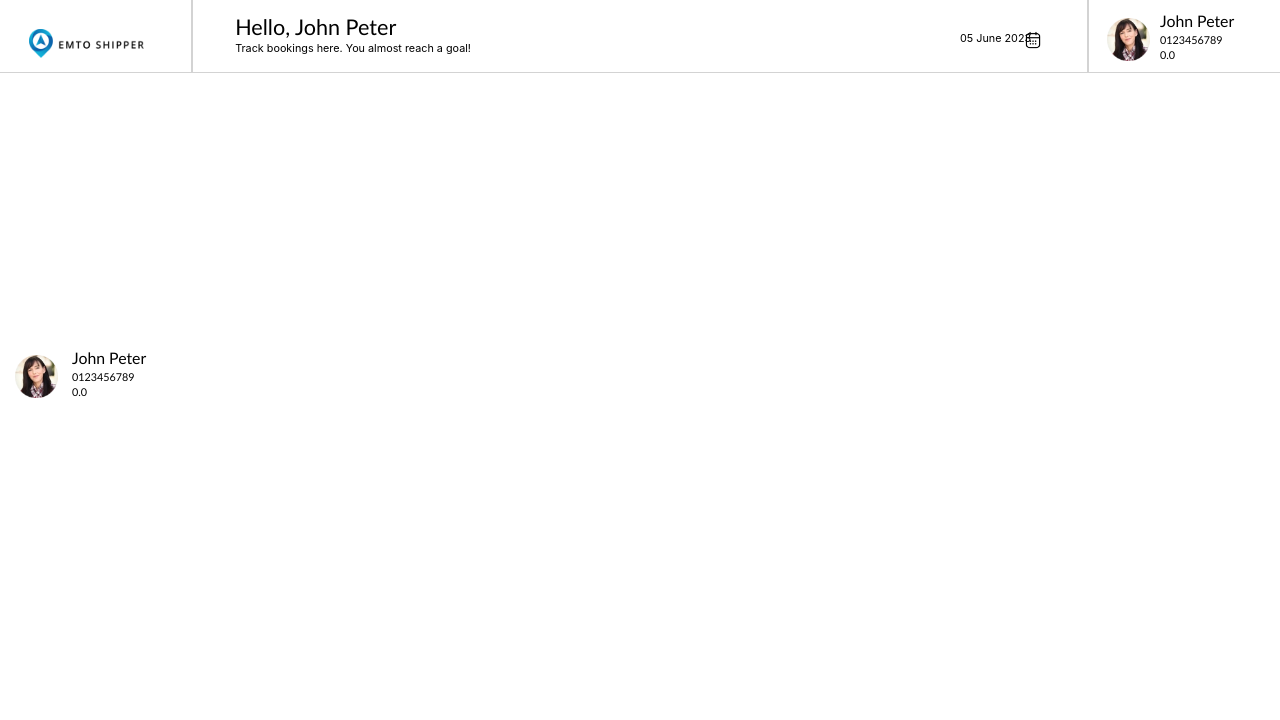
Repository: RoshanArun/Emto-Web
Page: /dashboard (app in emto/reactfirst/)
These files come from the project's save history. The page is drawn as it stood at one moment and after the next save; the edit follows.
The browser window is 1280 px wide. The pictures show the whole page.
The project was rebuilt for these pictures with package versions that can differ from the ones it lists, and the page was loaded fresh each time. Also part of the build but not shown: emto/reactfirst/src/pages/SignUp/SignUp.css, emto/reactfirst/src/pages/SignUp/SignUp.js, emto/reactfirst/src/pages/Login/Login.js.

Above is the page before, as saved 2023-07-27 12:47:29.

After the next save:
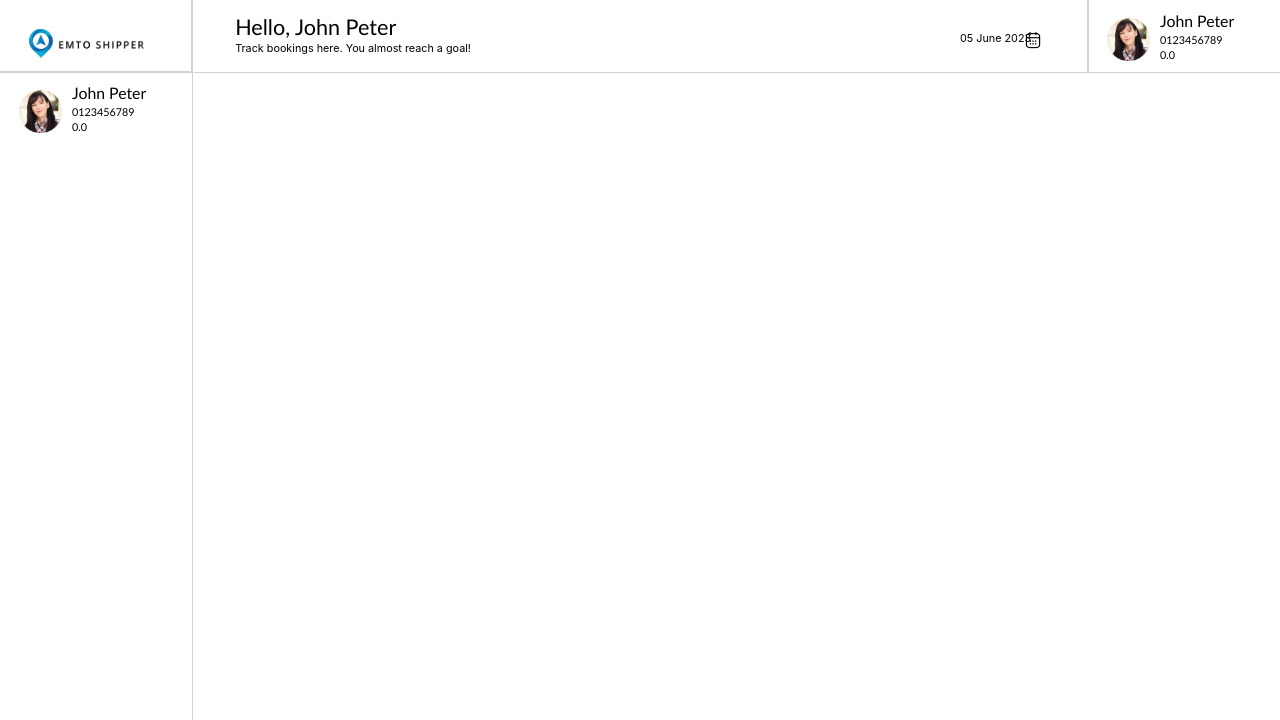
Saved 1 s later.
--- a/emto/reactfirst/src/pages/DashBoard/DashBoard.css
+++ b/emto/reactfirst/src/pages/DashBoard/DashBoard.css
@@ -35,7 +35,7 @@
   min-height: 65px;
 }
 
-.bottom{
+.bottom1{
   width: 15vw;
   height: 90vh;
   outline: 1px solid lightgray;
